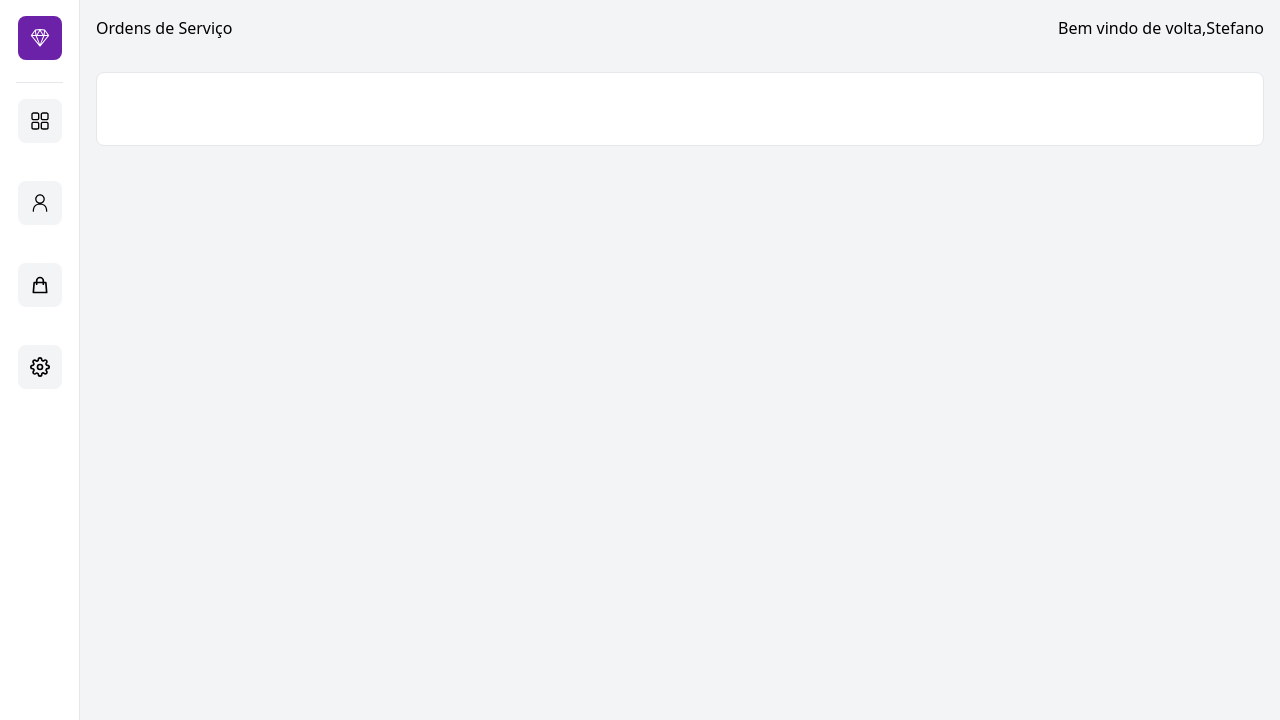
Repository: stefanosousaa/dashboard-next13
Page: /orders
These files come from the project's save history. The page is drawn as it stood at one moment and after the next save; the edit follows.
The browser window is 1280 px wide. The pictures show the whole page.
The project was rebuilt for these pictures with package versions that can differ from the ones it lists, and the page was loaded fresh each time. The framework's server and built-in components were replaced by stand-ins that run in the browser. Also part of the build but not shown: next.config.js.

Above is the page before, as saved 2023-05-18 18:19:40.

After the next save:
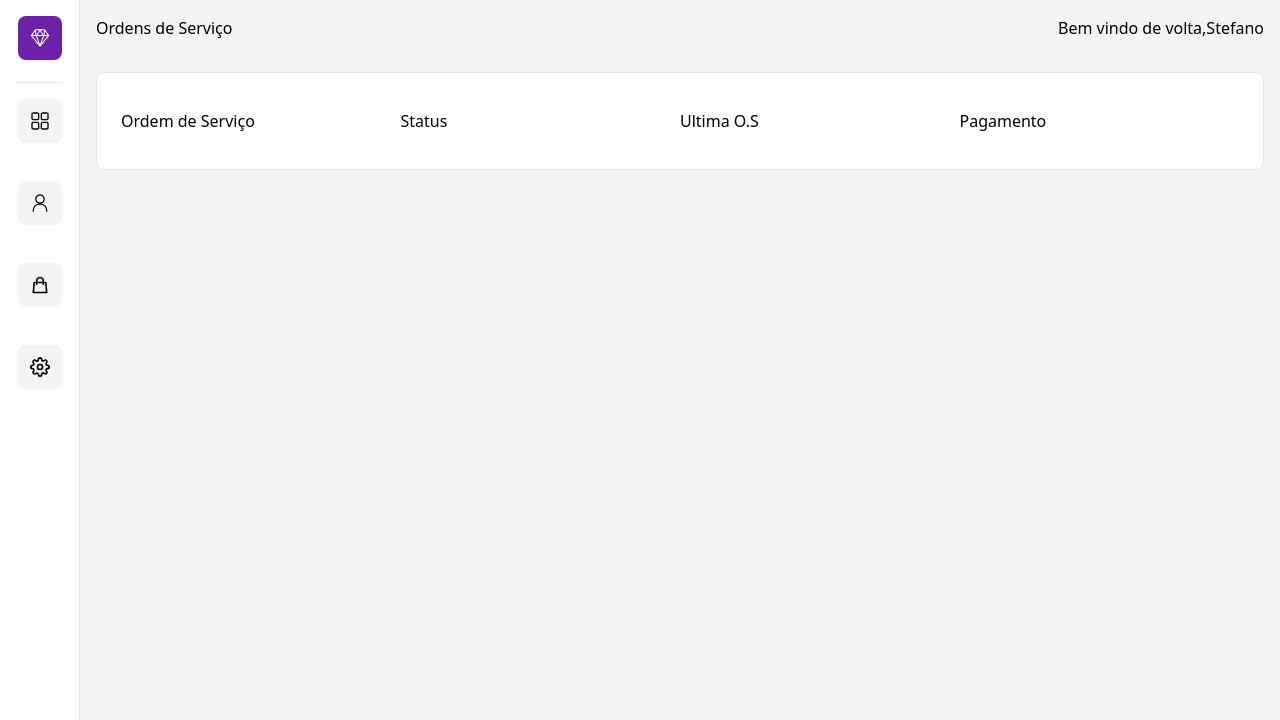
Saved 95 s later.
--- a/pages/orders.jsx
+++ b/pages/orders.jsx
@@ -10,7 +10,10 @@ const orders = () => {
         <div className='p-4'>
             <div className='w-full m-auto p-4 border rounded-lg bg-white overflow-y-auto'>
               <div className='my-3 p-2 grid md:grid-cols-4 sm:grid-cols-3 grid-cols-2 items-center justify-between cursor-pointer'>
-
+                <span>Ordem de Serviço</span>
+                <span>Status</span>
+                <span>Ultima O.S</span>
+                <span>Pagamento</span>
               </div>
             </div>
         </div>
